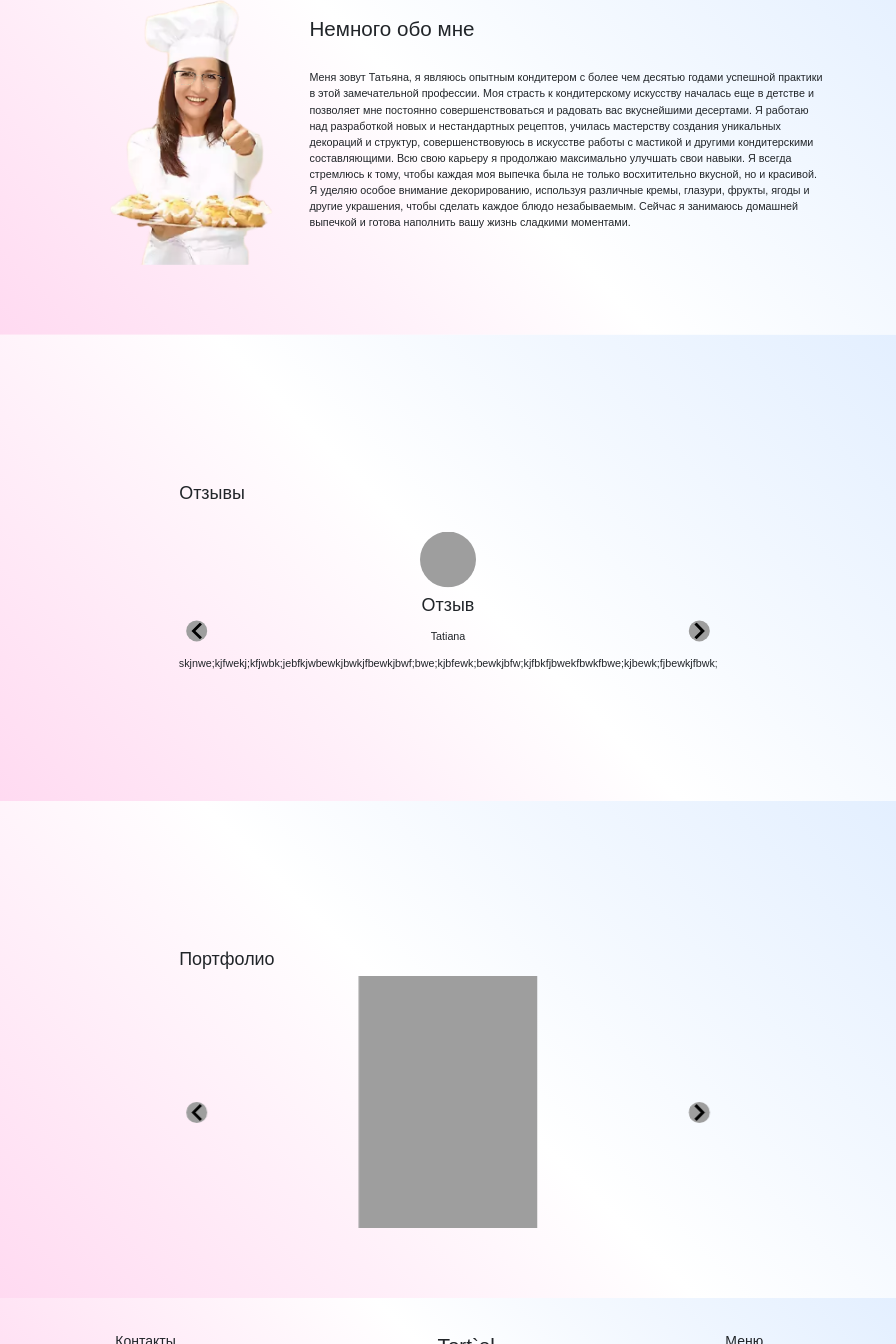
Repository: KseniaEryze/DiplomToday
Page: /about
These files come from the project's save history. The page is drawn as it stood at one moment and after the next save; the edit follows.
The browser window is 1280 px wide. The pictures show the part of the page from y = 606 to 2526 px (the page is 2673 px tall), at 70% of full size.
Pictures or frames that could not be fetched are drawn as grey boxes. The page's requests for data from a server got no answer. The project was rebuilt for these pictures with package versions that can differ from the ones it lists, and the page was loaded fresh each time. No one was signed in, and anything a server would have sent is missing. Also part of the build but not shown: src/App.css, src/components/Categories/categories.css, src/components/Categories/Categories.jsx, src/pages/Desserts/css/main.css, src/pages/Desserts/Calculation.jsx, src/components/Popap/modal.css, src/components/Popap/ItemPoap.jsx, src/components/ItemProduct/item.css and 16 more.

Above is the page before, as saved 2024-09-10 13:22:49.

After the next save:
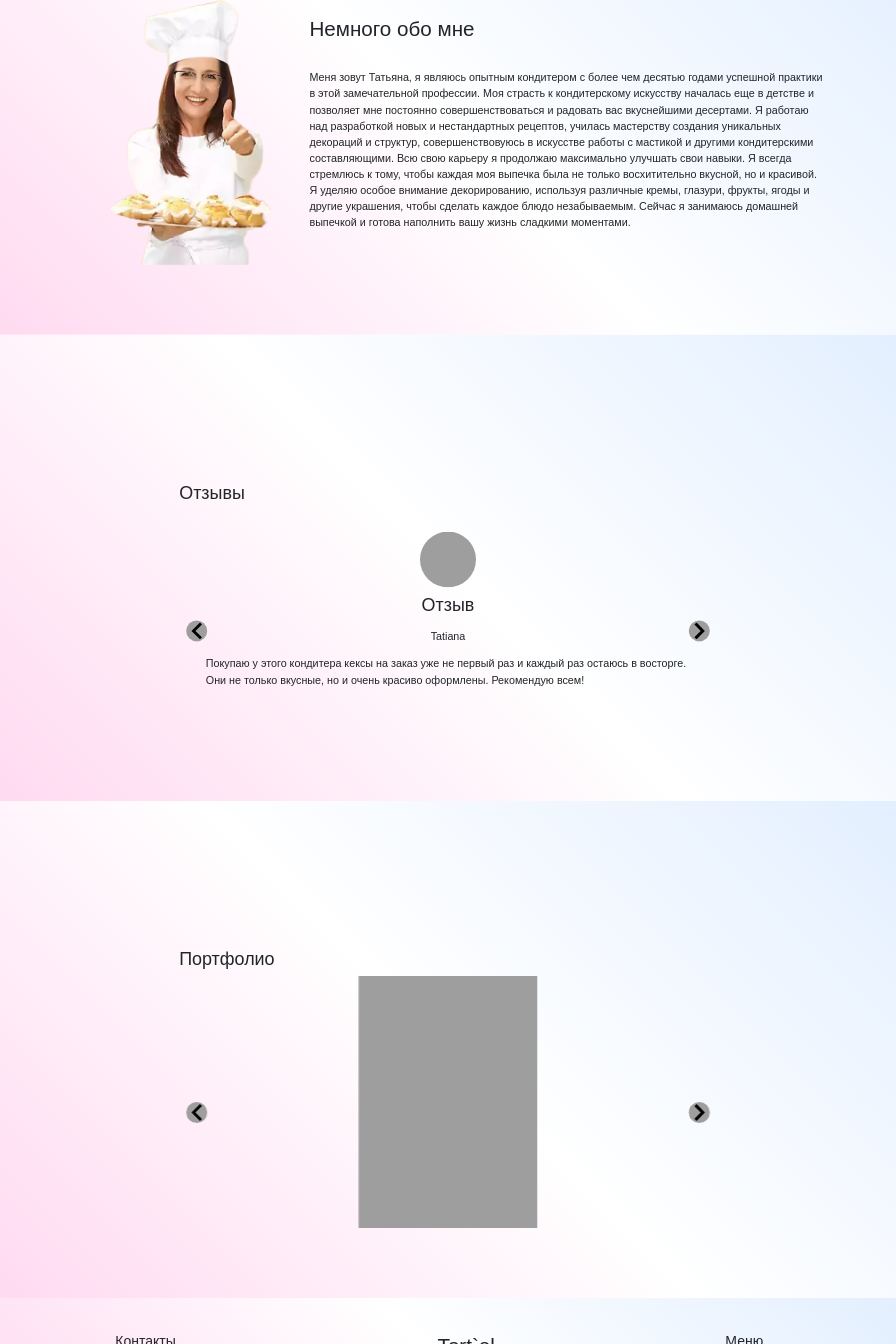
Saved 63 s later.
--- a/src/components/Slider/Slider.jsx
+++ b/src/components/Slider/Slider.jsx
@@ -17,7 +17,7 @@ const fadeImages = [
     url: 'https://images.unsplash.com/photo-1506710507565-203b9f24669b?ixlib=rb-1.2.1&ixid=eyJhcHBfaWQiOjEyMDd9&auto=format&fit=crop&w=1536&q=80',
     caption: 'Отзыв',
     namePeople:'Tatiana',
-    quole: "dn;skjnwe;kjfwekj;kfjwbk;jebfkjwbewkjbwkjfbewkjbwf;bwe;kjbfewk;bewkjbfw;kjfbkfjbwekfbwkfbwe;kjbewk;fjbewkjfbwk;fke"
+    quole: "Покупаю у этого кондитера кексы на заказ уже не первый раз и каждый раз остаюсь в восторге. Они не только вкусные, но и очень красиво оформлены. Рекомендую всем!"
 
   },
   {
